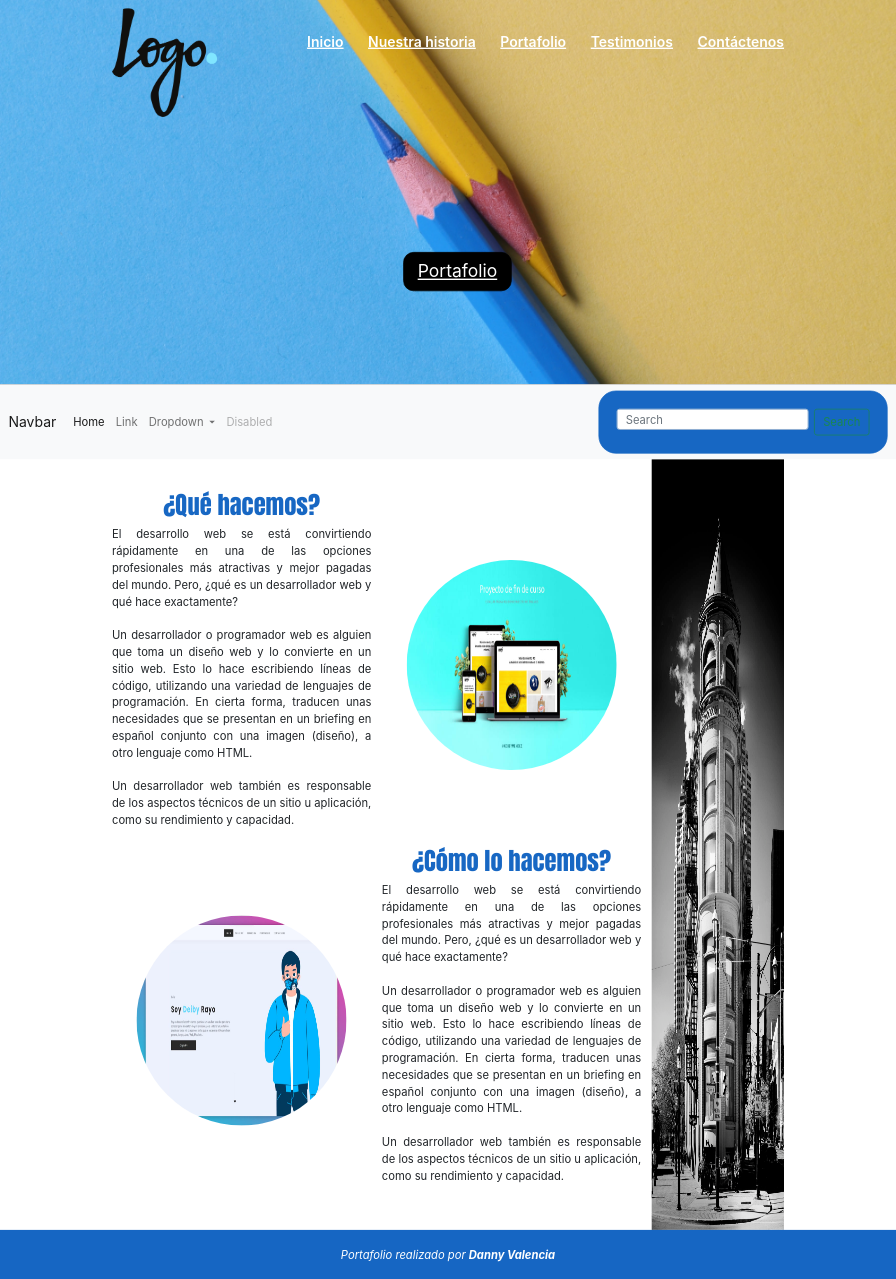
Repository: Dannyval1/Html-portafolio
Page: index.html
These files come from the project's save history. The page is drawn as it stood at one moment and after the next save; the edit follows.
The browser window is 1280 px wide. The pictures show the whole page, at 70% of full size.

Above is the page before, as saved 2022-02-13 18:02:19.

After the next save:
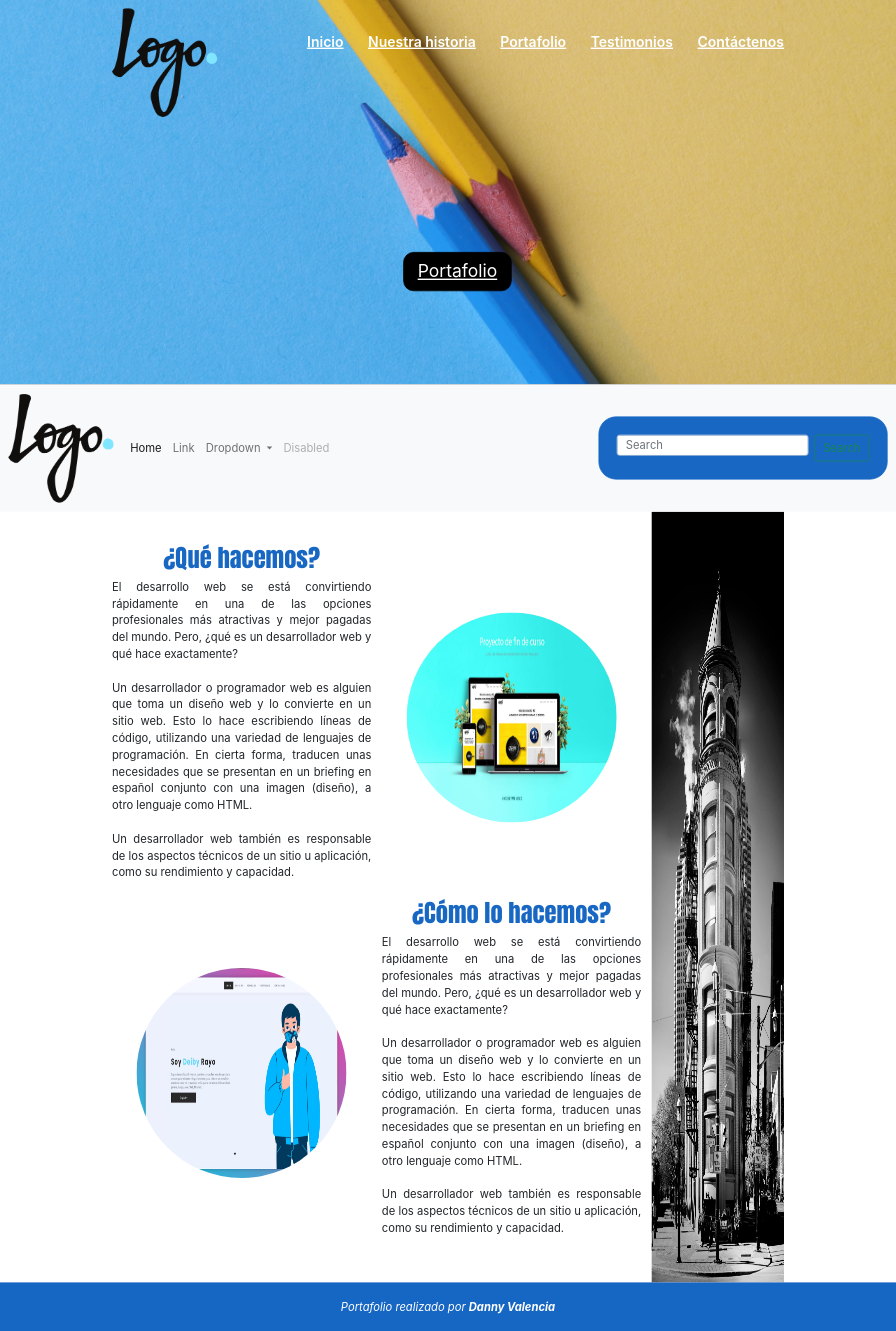
Saved 2 min 36 s later.
--- a/index.html
+++ b/index.html
@@ -53,7 +53,14 @@
     </header>
     <nav class="navbar navbar-expand-lg navbar-light bg-light">
       <div class="container-fluid">
-        <a class="navbar-brand" href="#">Navbar</a>
+        <a class="navbar-brand" href="#">
+          <img
+            src="./assets/images/logo-danny.png"
+            class="app-logo"
+            alt="Logo"
+            width="150"
+          />
+        </a>
         <button class="navbar-toggler" type="button" data-bs-toggle="collapse" data-bs-target="#navbarSupportedContent" aria-controls="navbarSupportedContent" aria-expanded="false" aria-label="Toggle navigation">
           <span class="navbar-toggler-icon"></span>
         </button>
